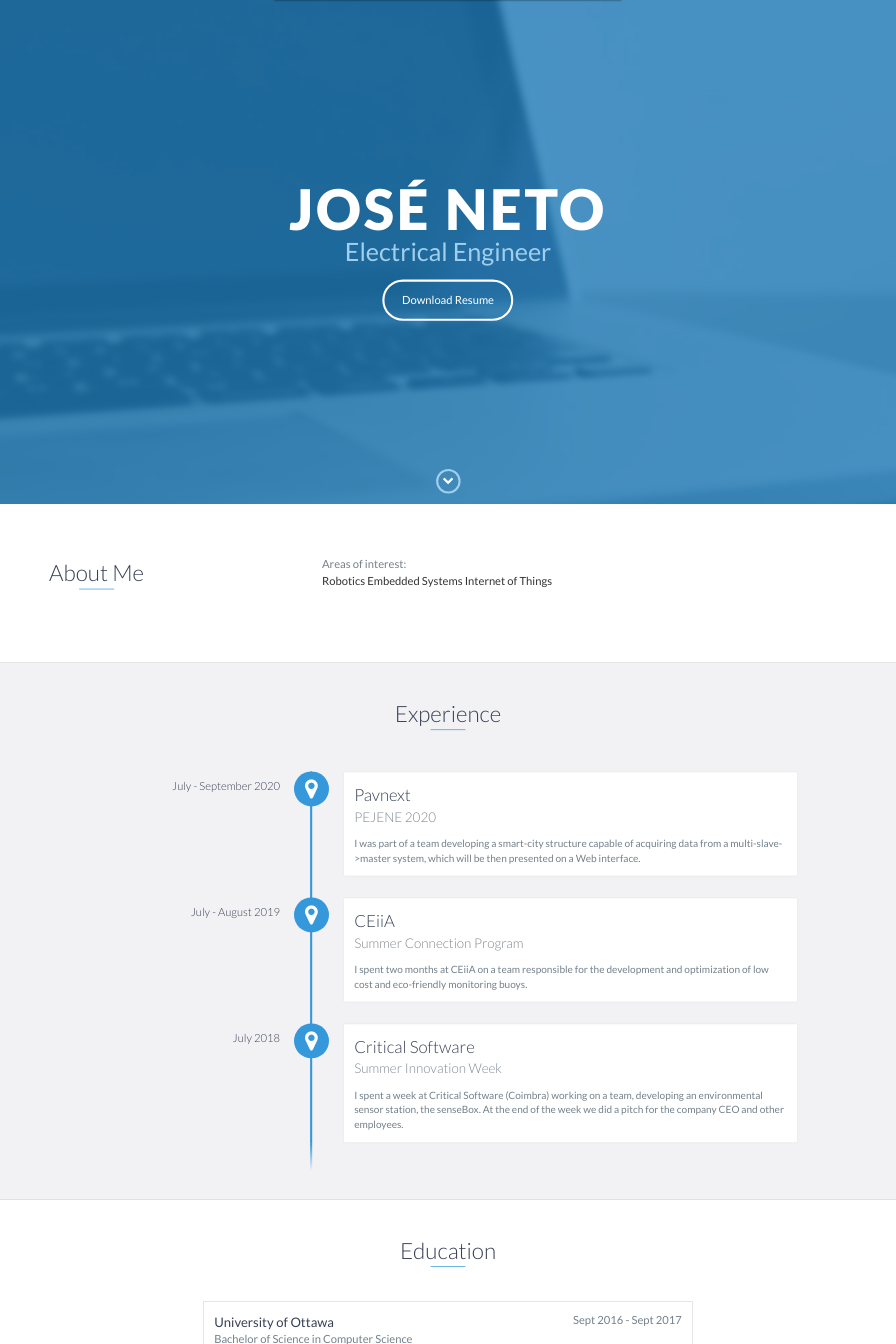
Repository: josegneto/josegneto.github.io
Page: index.html
The author's editor kept a copy of each file at every save. The page is drawn from the files as they stood at one save, then again after the next save.
The browser window is 1280 px wide. The pictures show the part of the page from y = 0 to 1920 px (the page is 4012 px tall), at 70% of full size.

Above is the page before, as saved 2021-11-30 11:21:34.

After the next save:
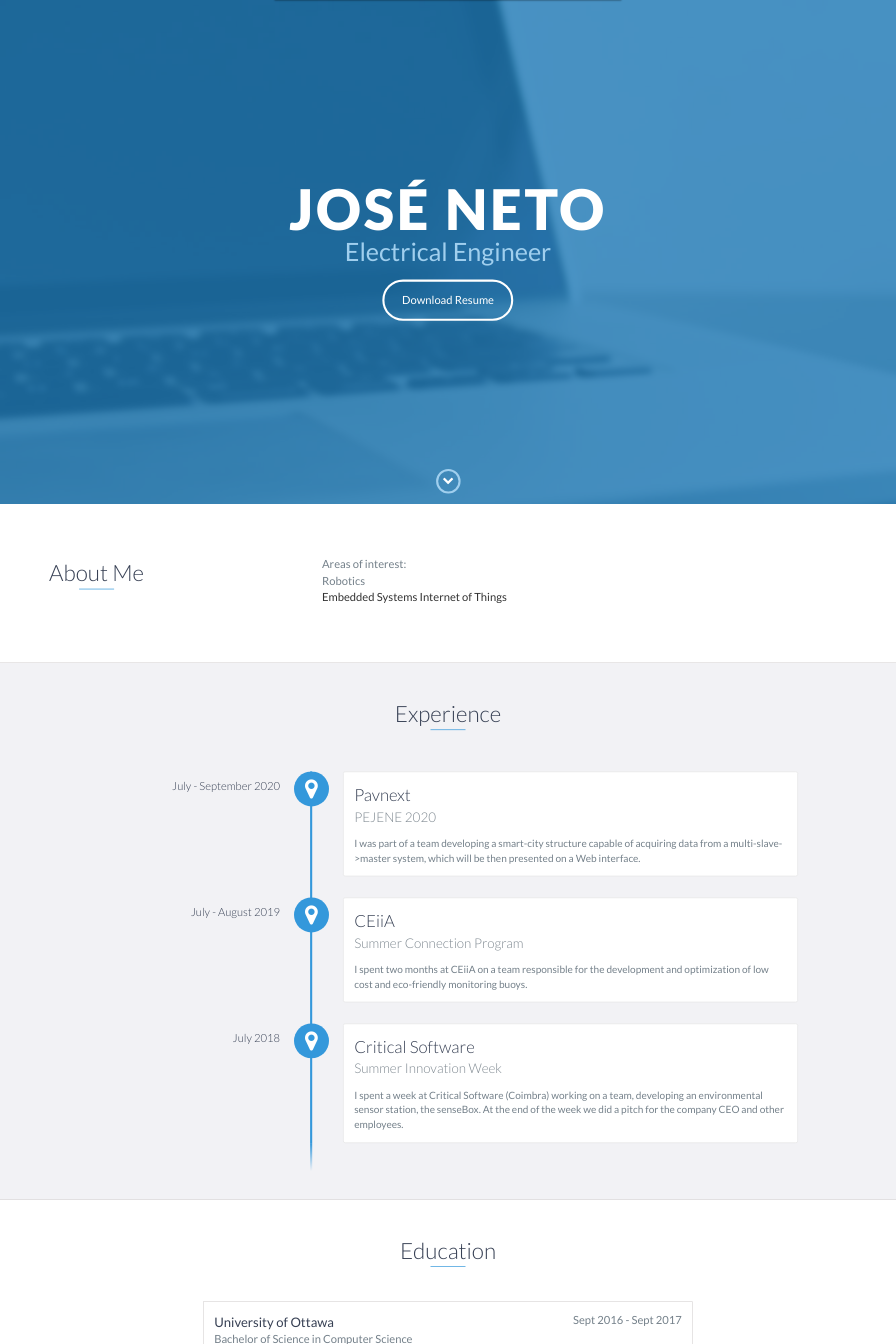
Saved 5 s later.
--- a/index.html
+++ b/index.html
@@ -74,7 +74,7 @@
                 <div class="col-md-8">
                     <p>
                     Areas of interest:</p>
-                    Robotics
+                    <p>Robotics</p>
                     Embedded Systems
                     Internet of Things
                     </p>
